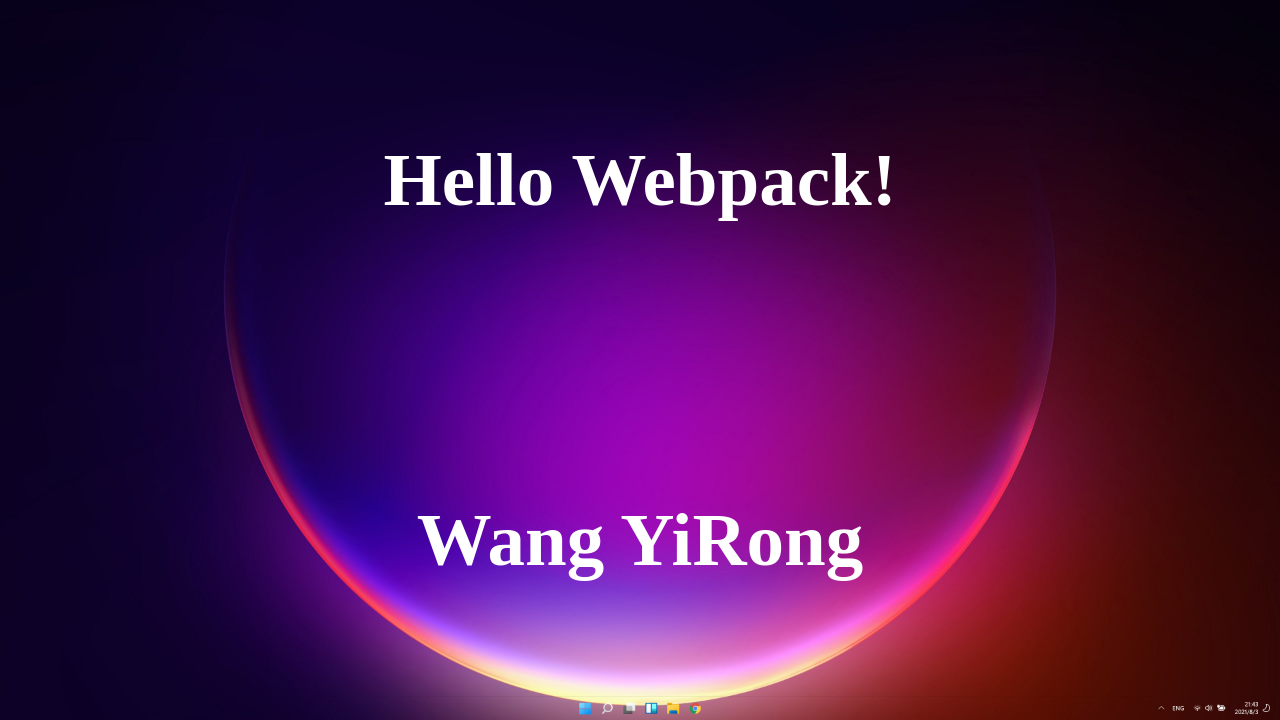
Repository: ErosHai/Home
Page: / (app in vscode/webpack/)
The author's editor kept a copy of each file at every save. The page is drawn from the files as they stood at one save, then again after a run of saves.
The browser window is 1280 px wide. The pictures show the whole page.
The project was rebuilt for these pictures with package versions that can differ from the ones it lists, and the page was loaded fresh each time. Also part of the build but not shown: vscode/webpack/webpack.config.js.

Above is the page before, as saved 2021-08-31 16:51:34.

After the next 3 saves:
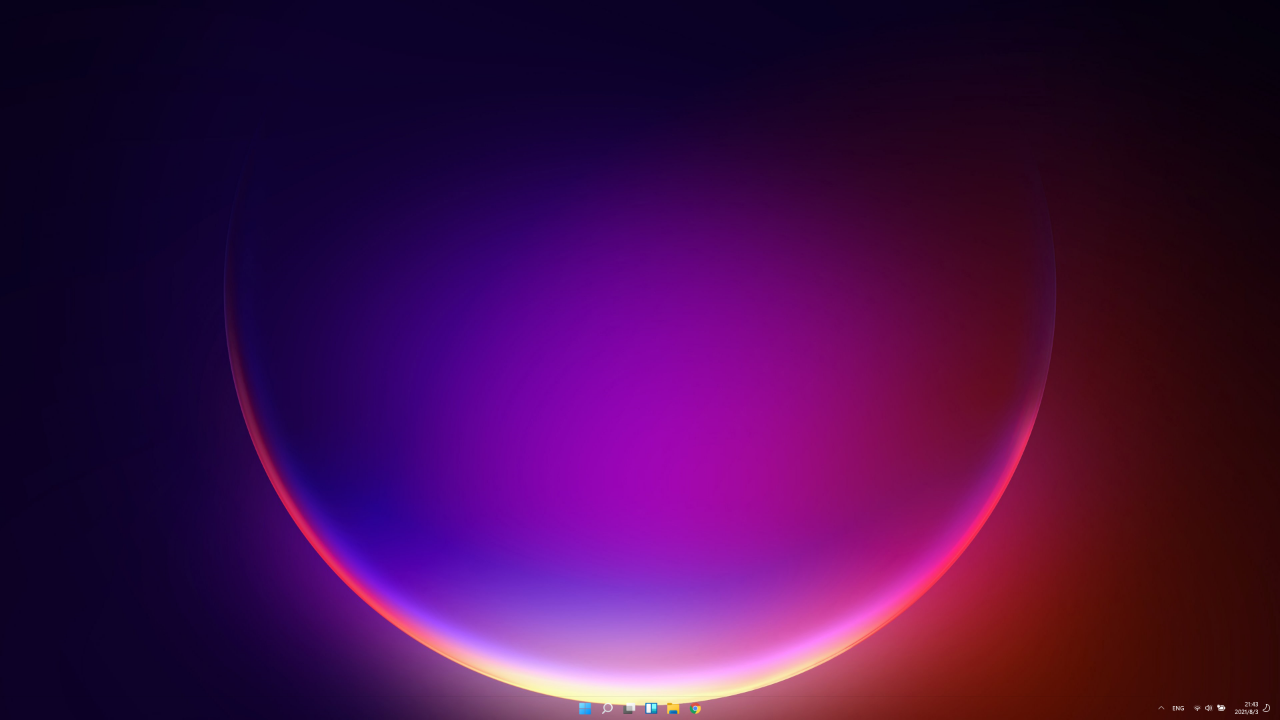
The 3 saves are shown as one change because they came seconds apart.
The last was saved 4 min 30 s later.
--- a/vscode/webpack/main.js
+++ b/vscode/webpack/main.js
@@ -10,8 +10,7 @@ require('./src/css/less.less')
 
 require('./src/img/windows11.png')
 
-const vm = new Vue({
-  el:'#app',
+const app = {
   template:`
     <div>
       <h2> {{ msg }}</h2>
@@ -22,4 +21,8 @@ const vm = new Vue({
     msg: 'Hello Webpack!',
     name: 'Wang YiRong'
   }
+}
+
+const vm = new Vue({
+  el:'#app'
 })
